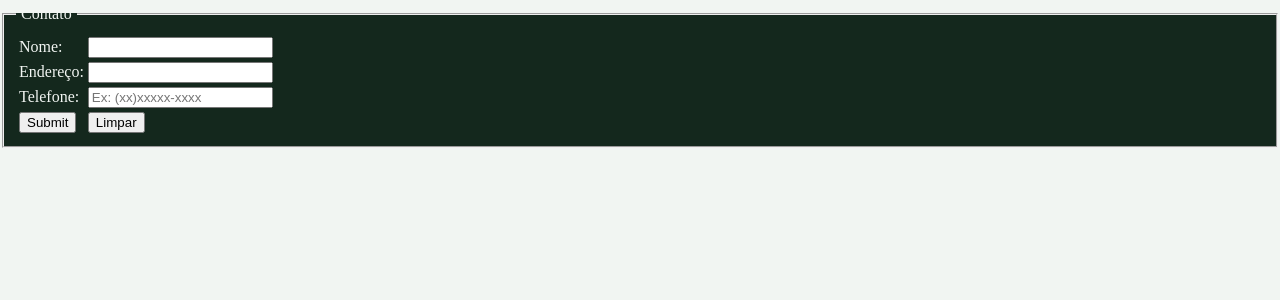
Repository: otavio-vicente/BackEnd-UniSenai
Page: WorkspaceTrilhaWeb/exemploServlet/src/main/webapp/contato.html
These files come from the project's save history. The page is drawn as it stood at one moment and after the next save; the edit follows.
The browser window is 1280 px wide. The pictures show the whole page.

Above is the page before, as saved 2024-06-13 22:56:31.

### WorkspaceTrilhaWeb/exemploServlet/src/main/webapp/contato.html
<!DOCTYPE html>
<html>
<head>
<meta charset="UTF-8">
<title>Insert title here</title>
<link href="./style.css" rel="stylesheet" type="text/css">
</head>
<body>
	<form>
		<fieldset>
			<legend>Contato</legend>
			<table>
				<tr>
					<td>Nome:</td>
					<td><input type="text"></input></td>
				</tr>
				<tr>
					<td>Endereço:</td>
					<td><input type="text"></input></td>
				</tr>
				<tr>
					<td>Telefone:</td>
					<td><input type="fone" placeholder="Ex: (xx)xxxxx-xxxx"></input></td>
				</tr>
				<tr>
					<td><input type="submit"></input></td>
					<td><input type="reset" value="Limpar"></input></td>
				</tr>
			</table>
		</fieldset>
	</form>
</body>
</html>

### WorkspaceTrilhaWeb/exemploServlet/src/main/webapp/style.css
@charset "UTF-8";

body {
	background-color: #F1F5F2;
	margin: 0;
}

fieldset {
	background-color: #14281D;
	color: #F1F5F2;
}
fieldset legend{
	padding: 5px;
}

After the next save:
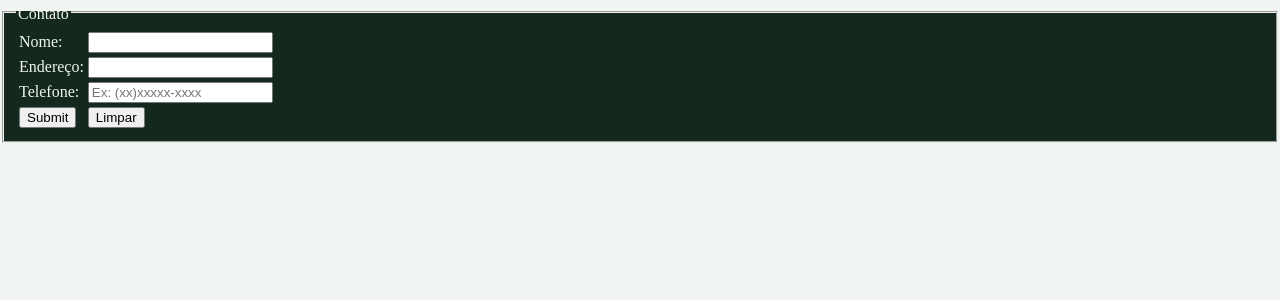
Saved 10 s later.
--- a/WorkspaceTrilhaWeb/exemploServlet/src/main/webapp/style.css
+++ b/WorkspaceTrilhaWeb/exemploServlet/src/main/webapp/style.css
@@ -10,5 +10,5 @@
 	color: #F1F5F2;
 }
 fieldset legend{
-	padding: 5px;
+	padding-top: 5px;
 }

After the 2 saves that followed:
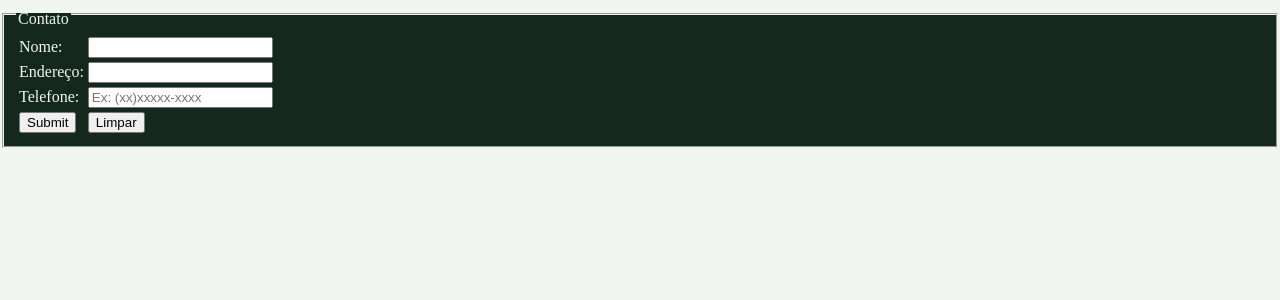
The 2 saves are shown as one change because 1 left the picture as it was.
The last was saved 13 s later.
--- a/WorkspaceTrilhaWeb/exemploServlet/src/main/webapp/style.css
+++ b/WorkspaceTrilhaWeb/exemploServlet/src/main/webapp/style.css
@@ -9,6 +9,6 @@
 	background-color: #14281D;
 	color: #F1F5F2;
 }
-fieldset legend{
-	padding-top: 5px;
+legend{
+	padding-top: 10px;
 }
